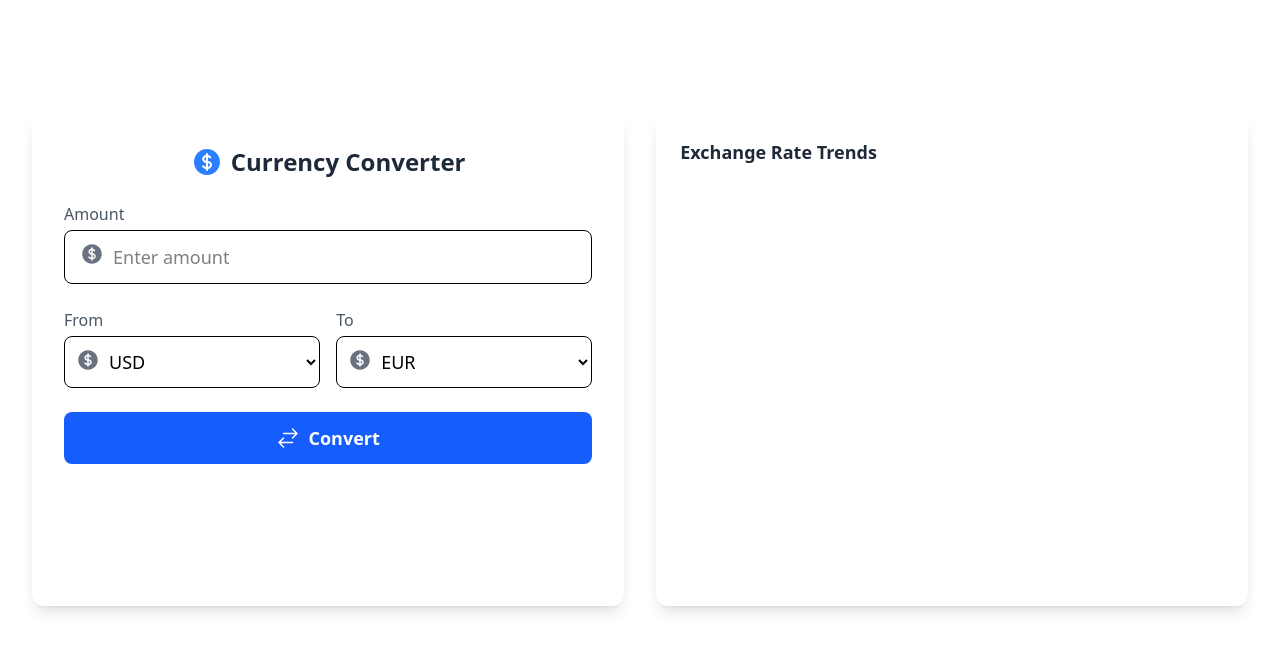
Repository: adrcstro/withcenter_developer_exam
Page: /
These files come from the project's save history. The page is drawn as it stood at one moment and after the next save; the edit follows.
The browser window is 1280 px wide. The pictures show the whole page.
The page's requests for data from a server got no answer. The project was rebuilt for these pictures with package versions that can differ from the ones it lists, and the page was loaded fresh each time. No one was signed in, and anything a server would have sent is missing. Also part of the build but not shown: vite.config.ts.

Above is the page before, as saved 2025-03-16 20:17:47.

After the next save:
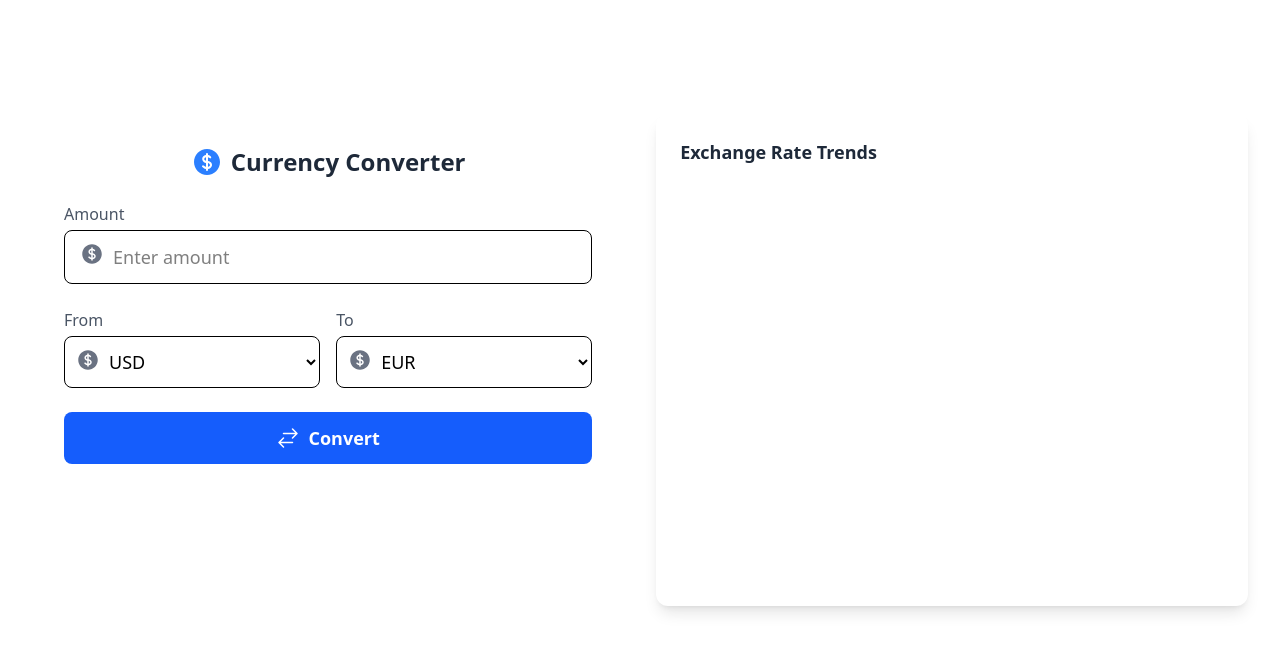
Saved 28 s later.
--- a/src/App.tsx
+++ b/src/App.tsx
@@ -42,7 +42,7 @@ function App() {
     <div className="flex flex-col items-center justify-center min-h-screen bg-white p-8">
       <div className="flex flex-row gap-8 w-full max-w-[1400px]">
         {/* Currency Converter */}
-        <div className="bg-white rounded-xl p-8 w-1/2 shadow-lg">
+        <div className="bg-white rounded-xl p-8 w-1/2 ">
           <h2 className="text-2xl font-bold text-gray-800 text-center mb-6 flex items-center justify-center gap-2">
             <CurrencyDollarIcon className="w-8 h-8 text-blue-500" />
             Currency Converter
